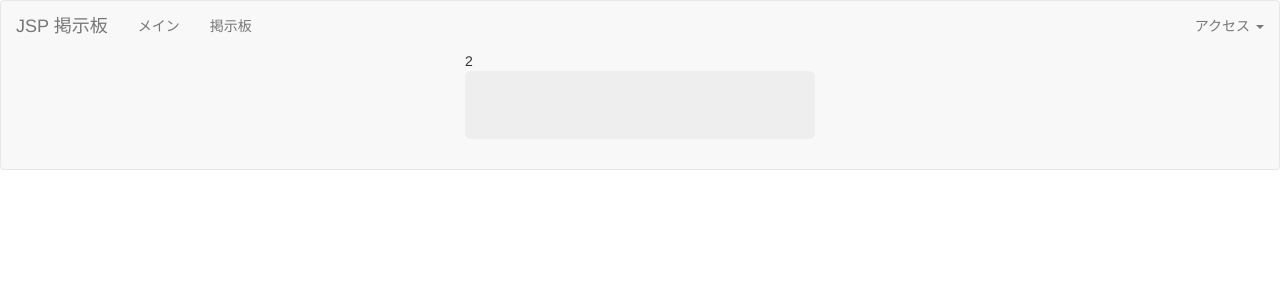
Repository: dengpu/JSP
Page: http://localhost/BBS/login.jsp
These files come from the project's save history. The page is drawn as it stood at one moment and after the next save; the edit follows.
The browser window is 1280 px wide. The pictures show the whole page.
Some web libraries are served in a nearby version. The page is served by Tomcat 9.

Above is the page before, as saved 2017-05-15 02:13:52.

After the next save:
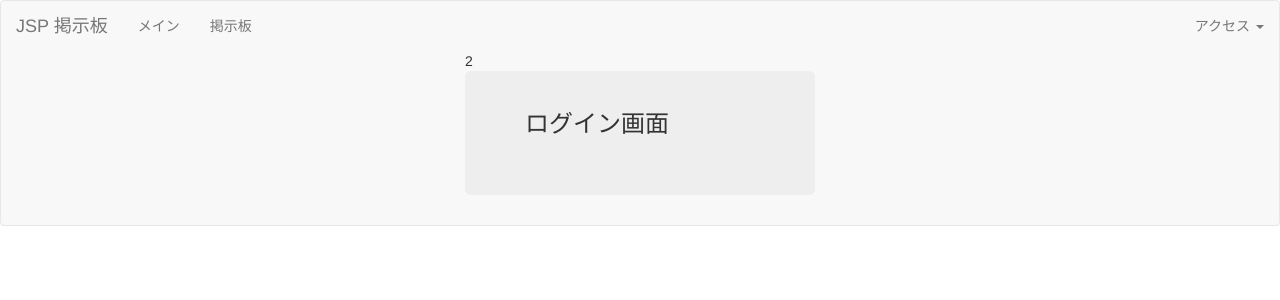
Saved 24 s later.
--- a/BBS/WebContent/login.jsp
+++ b/BBS/WebContent/login.jsp
@@ -46,7 +46,7 @@
 			2
 			<div class="jumbotron" style="padding-top:20px;">
 			<form method="post" action="loginAction.jsp">
-
+			<h3>ログイン画面</h3>
 			</form>
 
 			</div>
